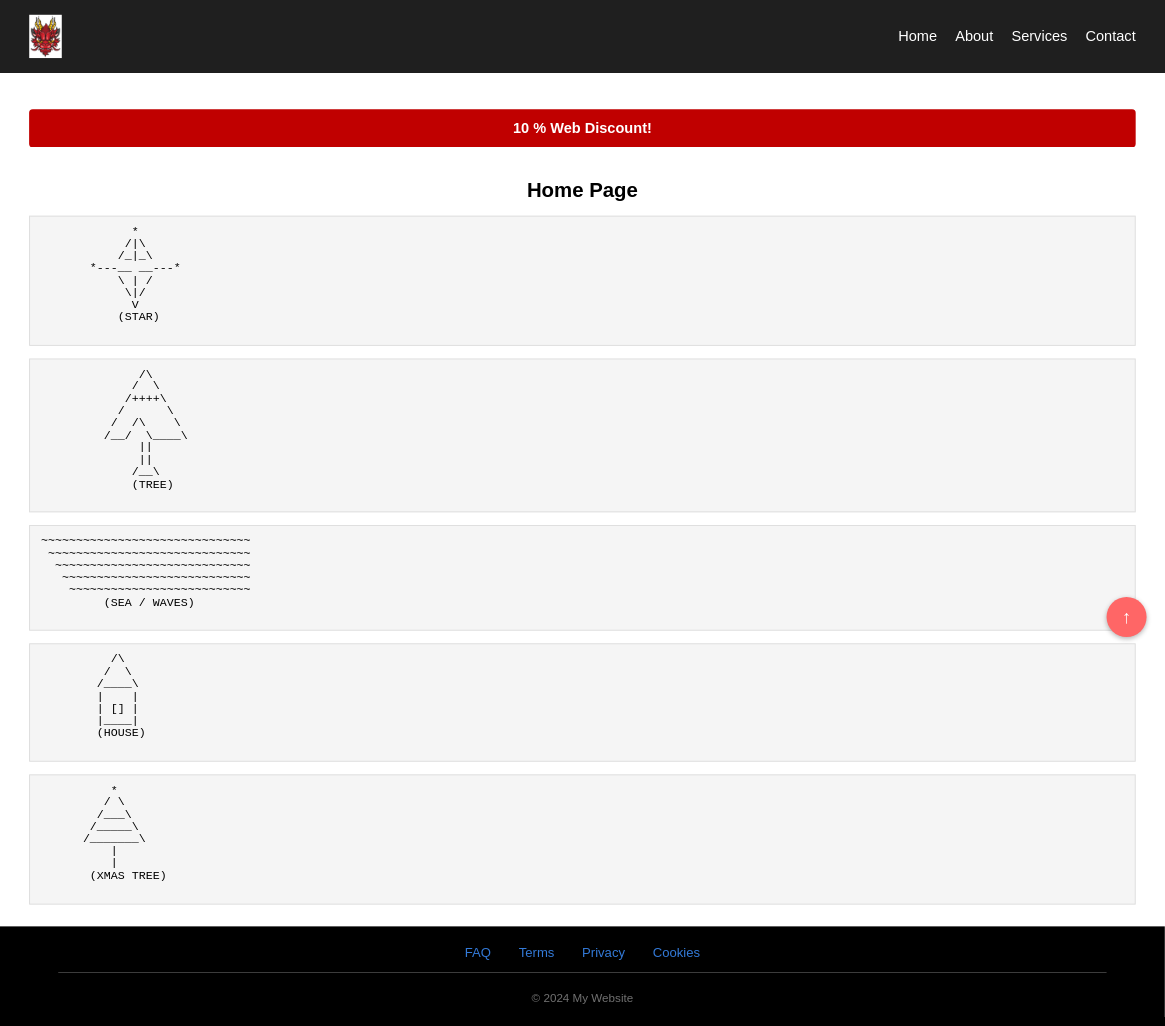
Repository: andreamm-lab/css-positioning-examples-2025-10
Page: index.html
The author's editor kept a copy of each file at every save. The page is drawn from the files as they stood at one save, then again after the next save.
The browser window is 1280 px wide. The pictures show the whole page, at 91% of full size.
The pointer rests on the first visible `#back-to-top`.

Above is the page before, as saved 2025-11-10 20:14:00.

After the next save:
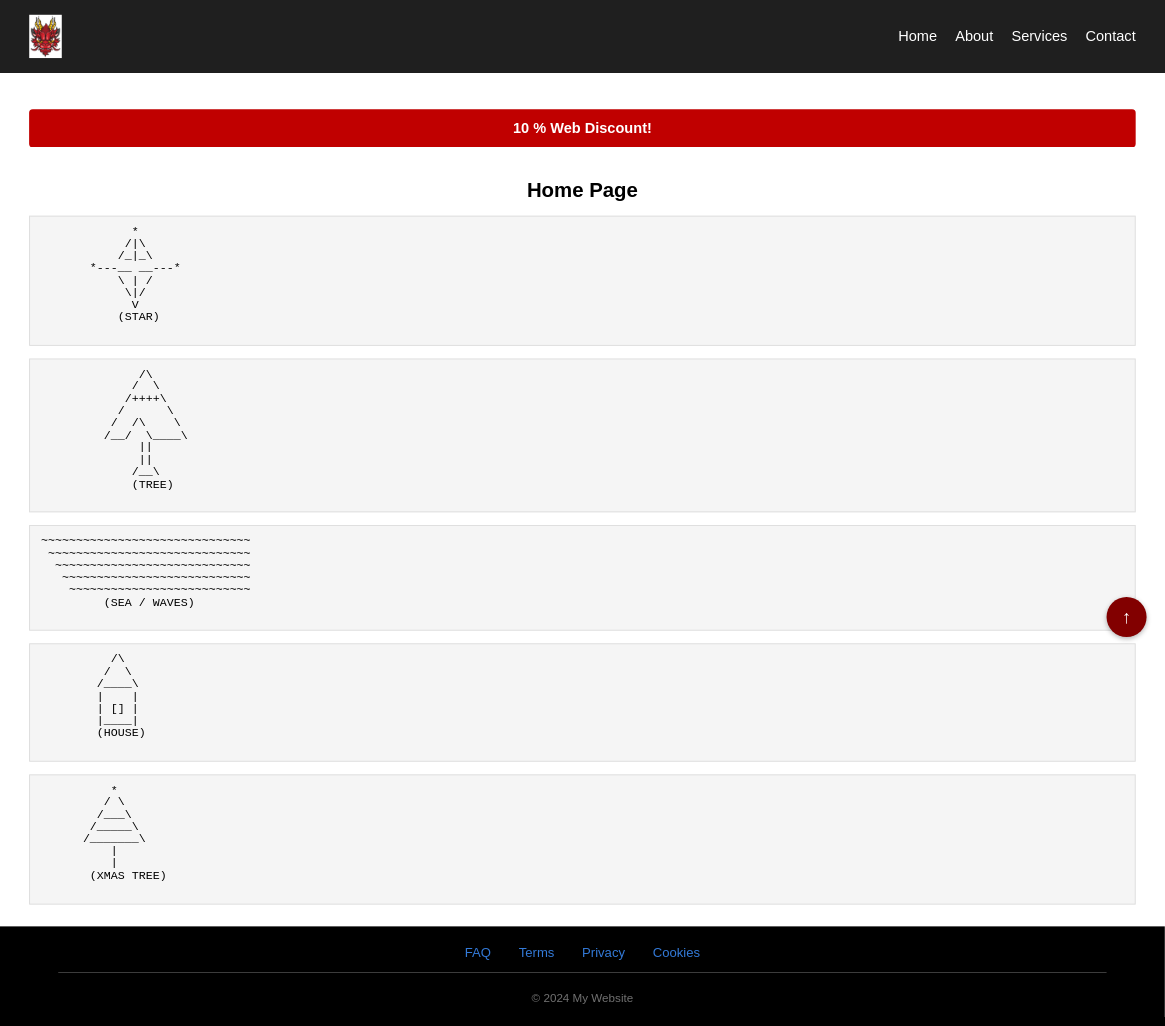
Saved 28 s later.
--- a/main.css
+++ b/main.css
@@ -291,7 +291,7 @@ main.page {
 }
 
 #back-to-top:hover {
-    background-color: #ff6666; /* rojo clarito al pasar el mouse */
+    background-color: #820000; /* rojo clarito al pasar el mouse */
 }
 
 /* 3.---------------------- Footer ---------------------- */
